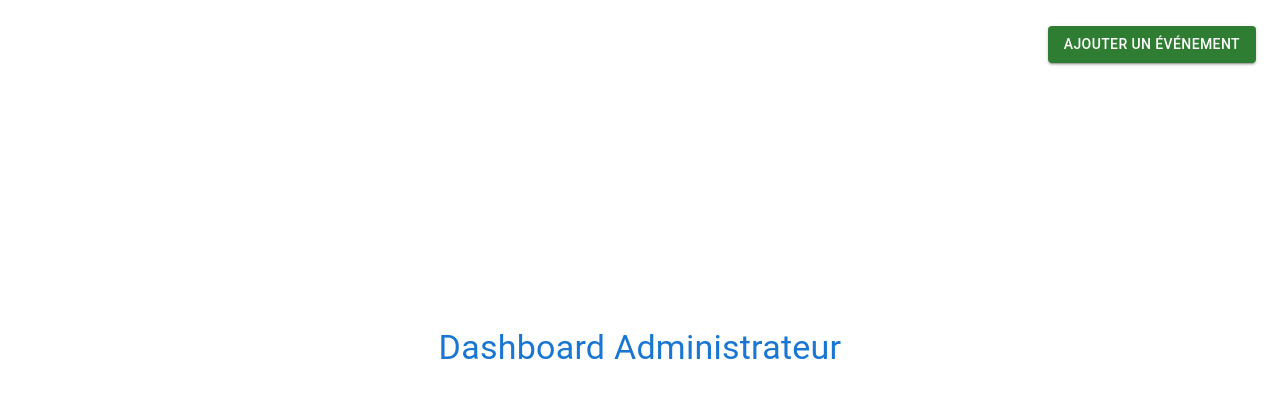
Repository: clement-chn/challenge-48h
Page: /dashboard (app in front/)
The author's editor kept a copy of each file at every save. The page is drawn from the files as they stood at one save, then again after the next save.
The browser window is 1280 px wide. The pictures show the whole page.
The project was rebuilt for these pictures with package versions that can differ from the ones it lists, and the page was loaded fresh each time. Also part of the build but not shown: front/vite.config.js.

Above is the page before, as saved 2025-04-03 11:58:40.

After the next save:
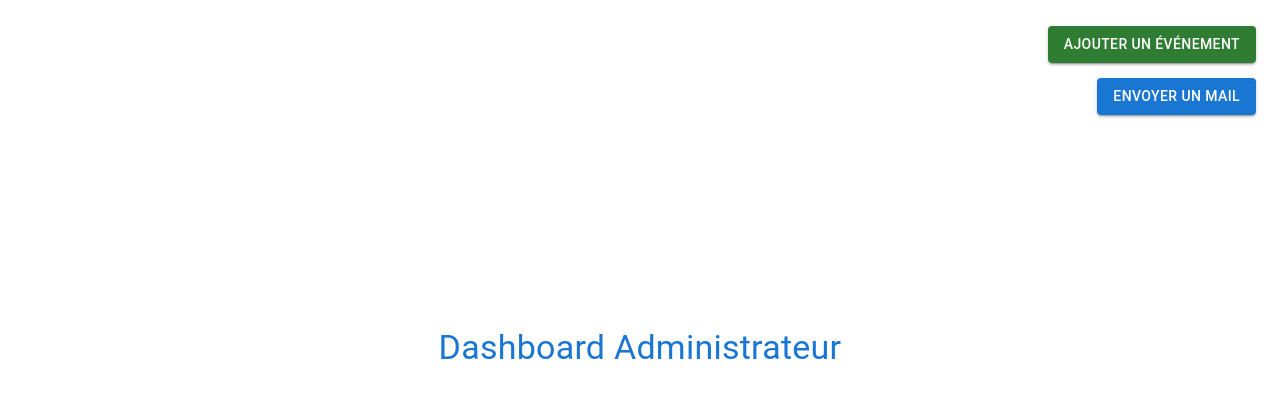
Saved 64 s later.
--- a/front/src/Routes/dashboard.jsx
+++ b/front/src/Routes/dashboard.jsx
@@ -46,6 +46,13 @@ const AdminDashboard = () => {
         </Button>
       </Box>
 
+      {/* Bouton pour envoyer un mail */}
+      <Box sx={{ position: 'absolute', top: 70, right: 16, borderRadius: 1, p: 1 }}>
+        <Button variant="contained" color="primary" onClick={() => alert('Mail envoyé !')}>
+          Envoyer un mail
+        </Button>
+      </Box>
+
       <Typography variant="h4" color="primary" sx={{ mb: 3, textAlign: 'center' }}>
         Dashboard Administrateur
       </Typography>
